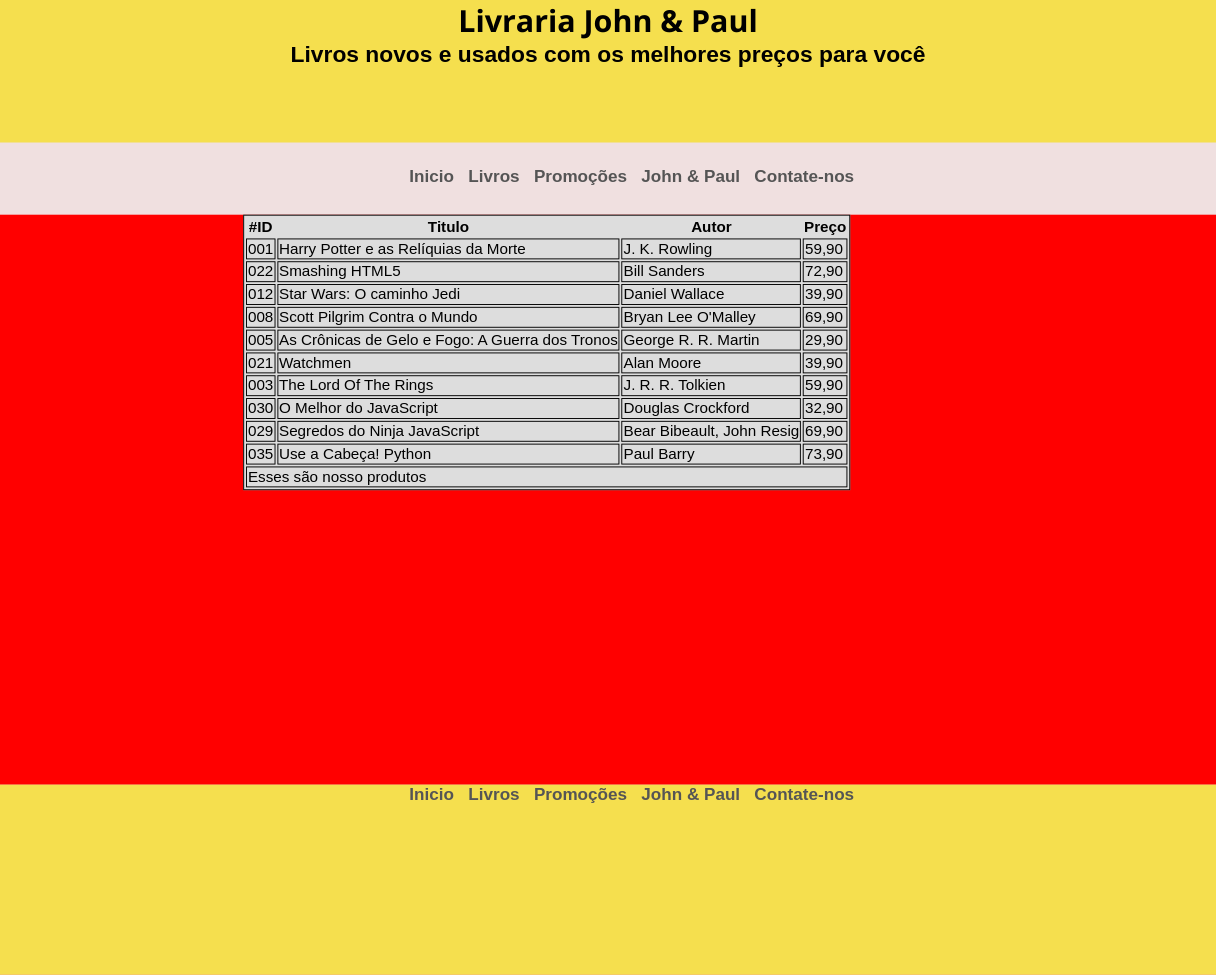
Repository: MarcoantonioCaldeira/Site-livraria-John-e-Paul
Page: produtos.html
An editor plug-in stored every save of this project. The page is shown before and after the next save, followed by the edit.
The browser window is 1280 px wide. The pictures show the whole page, at 95% of full size.

Above is the page before, as saved 2022-09-25 09:09:50.

After the next save:
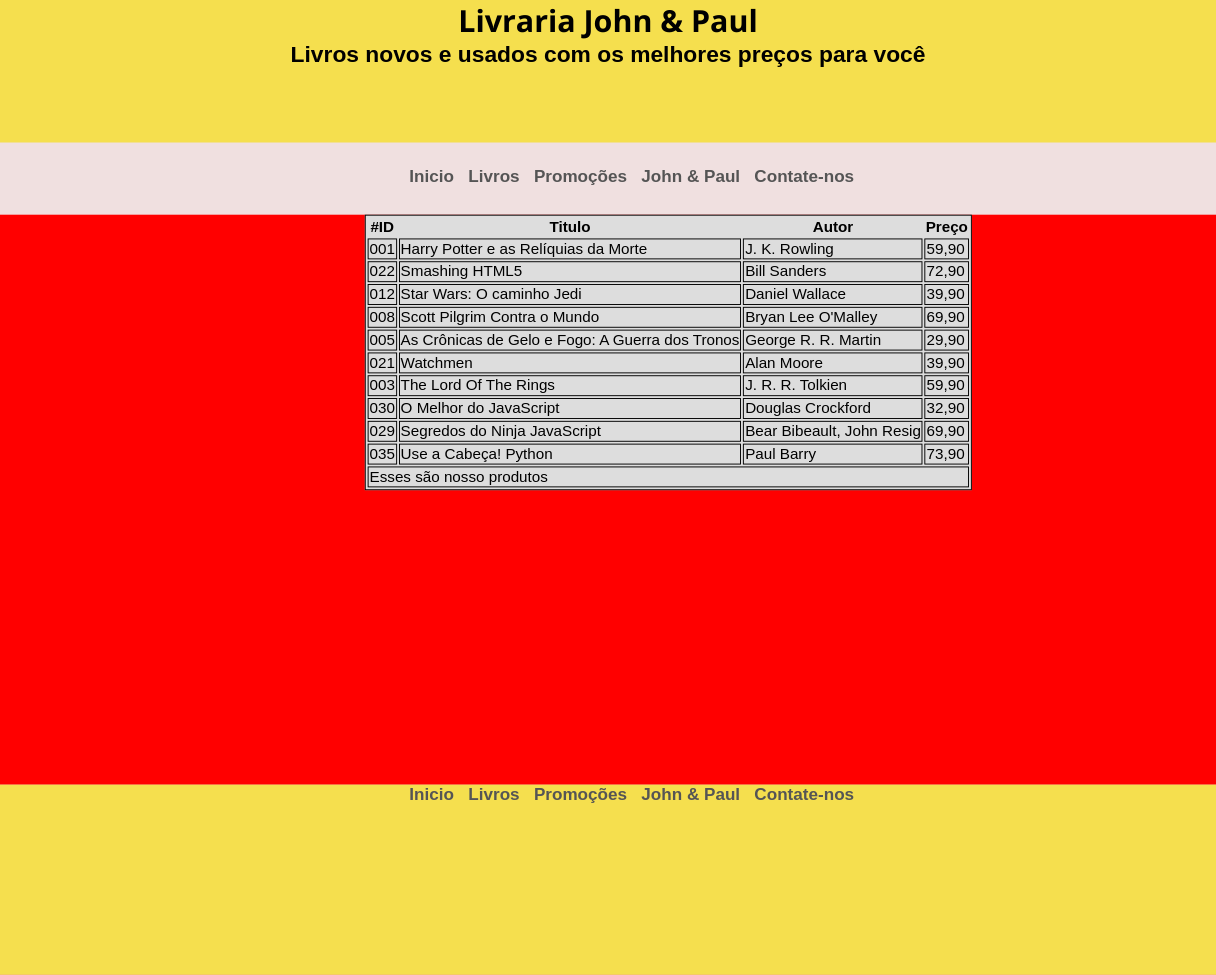
Saved 7 s later.
--- a/css/estilo.css
+++ b/css/estilo.css
@@ -141,7 +141,7 @@ li {
 
 
 table{
-   margin-left: 20%;
+   margin-left: 30%;
    background-color: #ddd;
    border: 1px solid #000;
 }
